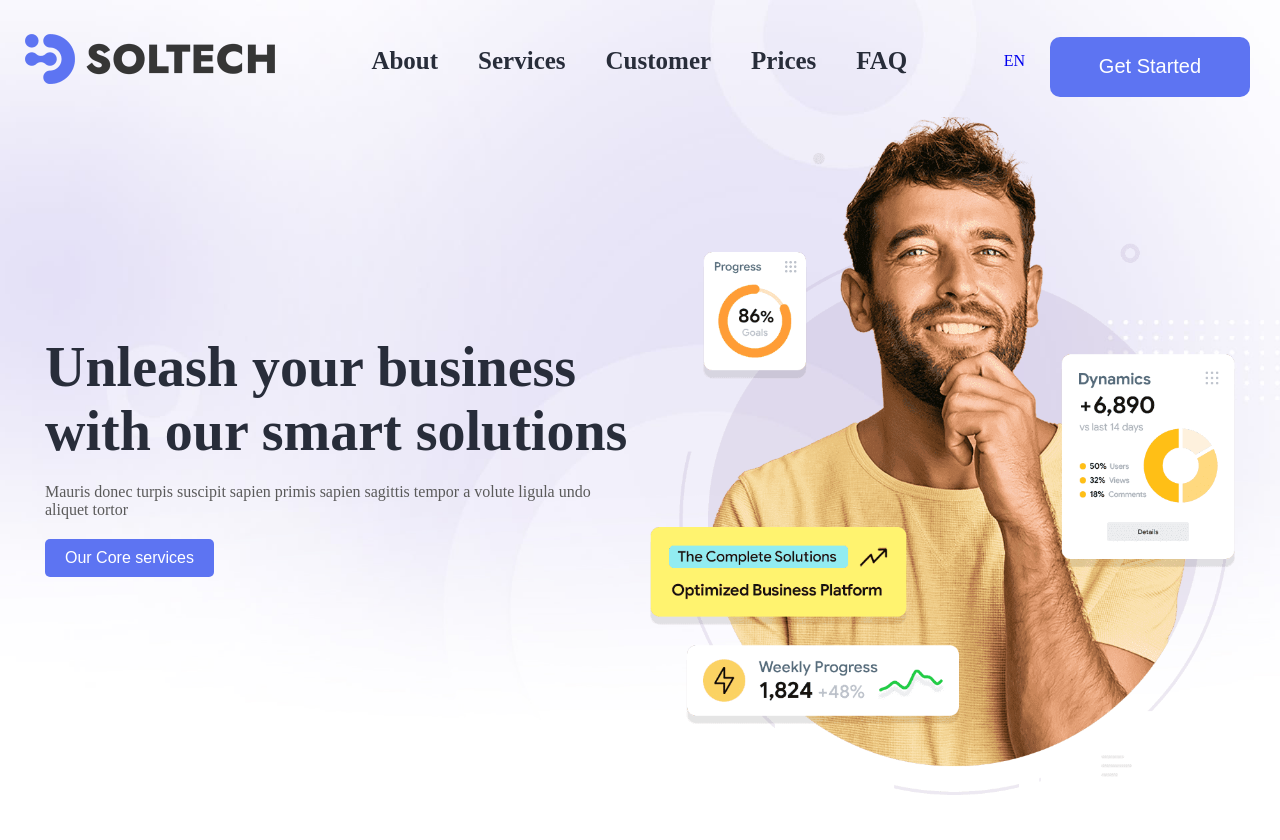
Repository: md-rabbi-hossain/Soltech-html
Page: index.html
These files come from the project's save history. The page is drawn as it stood at one moment and after the next save; the edit follows.
The browser window is 1280 px wide. The pictures show the whole page.

Above is the page before, as saved 2025-01-08 13:05:59.

After the next save:
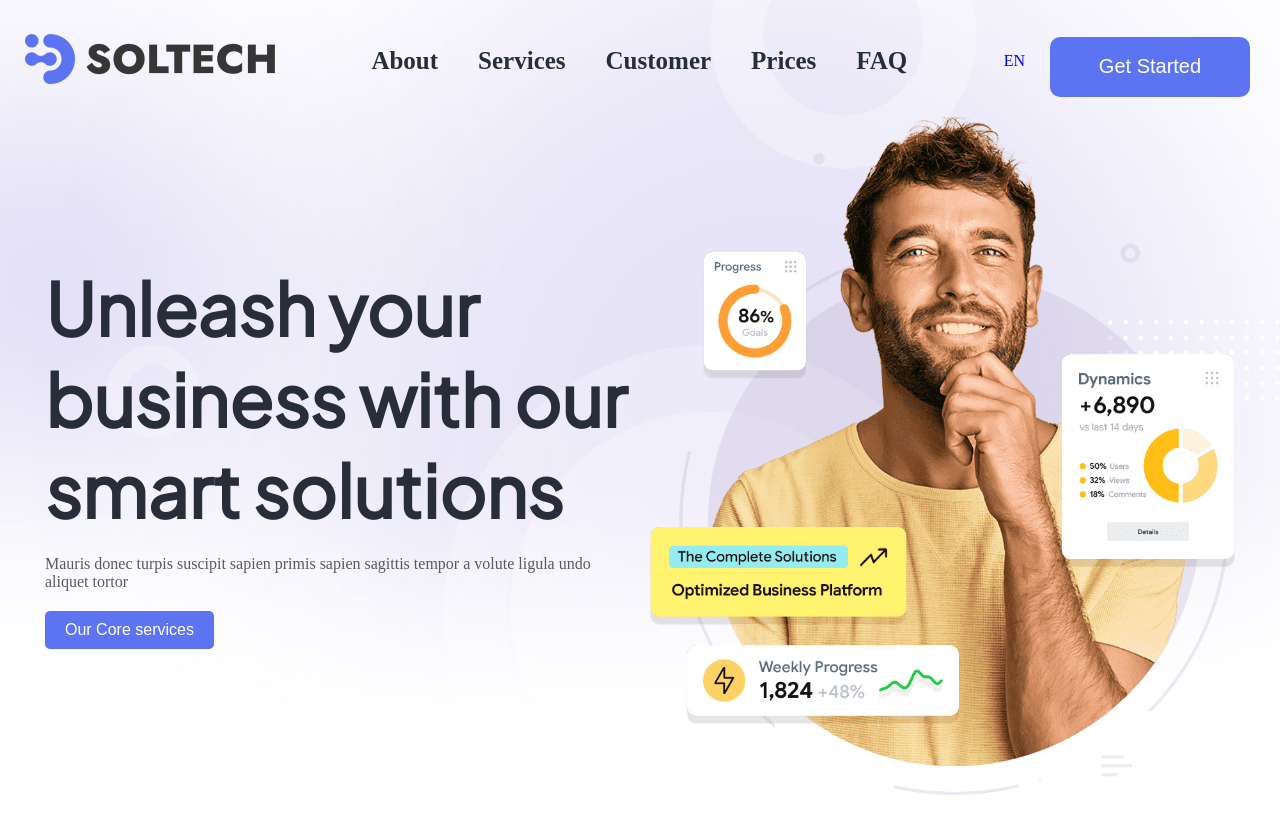
Saved 95 s later.
--- a/Css/style.css
+++ b/Css/style.css
@@ -140,9 +140,10 @@ nav {
 }
 
 .left-side h1 {
-  font-size: 3.5rem; /* Adjust font size */
-  color: #282d3a; /* Match text color to the theme */
+  font-size: 4.5rem;
+  color: #282d3a;
   margin-bottom: 20px;
+  font-family: Jakarta;
 }
 
 .left-side p {
